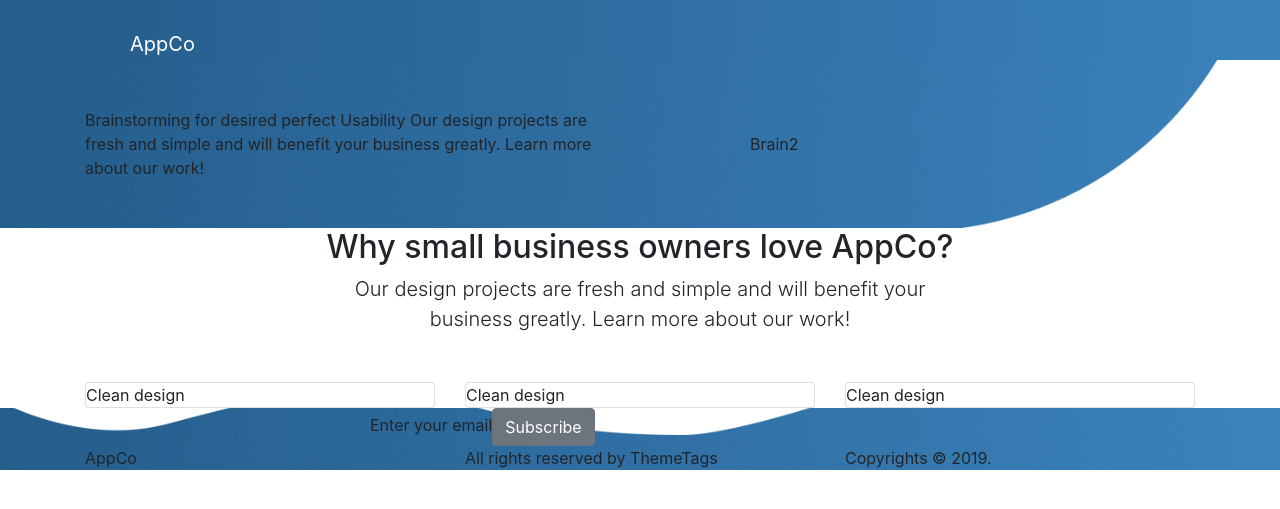
Repository: andbilous/user-statistics-app
Page: /
An editor plug-in stored every save of this project. The page is shown before and after a run of saves, followed by the edit.
The browser window is 1280 px wide. The pictures show the whole page.
The project was rebuilt for these pictures with package versions that can differ from the ones it lists, and the page was loaded fresh each time. Also part of the build but not shown: src/components/reasons/reasons.scss.

Above is the page before, as saved 2020-06-19 15:13:56.

### src/App.js
import React from 'react';
import Main from './pages/Main';
import './App.scss';

function App() {
  return (
    <div className="App">
      <Main/>
    </div>
  );
}

export default App;

### src/pages/Main.jsx
import React from "react";
import Header from "../components/Header";
import Brainstorming from "../components/brainstorming";
import Reasons from "../components/reasons";
import Footer from '../components/footer';

const Main = () => {
  return (
    <>
      <Header />
      <Brainstorming />
      <Reasons />
      <Footer />
    </>
  );
};

export default Main;

### src/App.scss
body {
  font-family: Montserrat;
  font-style: normal;
  font-weight: normal;
}
img {
  position: relative;
  display: block;
  width: 100%;
}

### src/components/Header/index.js
import React from 'react';
import './header.scss';
import { Container, Row, Col } from 'reactstrap';


const Header = () => {
    return (
      <header className='header bg-image'>
      <Container>
          <div className='navbar-brand'>
          AppCo
            </div>
      </Container>
      </header>
    )
};

export default Header;

### src/components/brainstorming/index.js
import React from 'react';
import { Container, Row, Col } from 'reactstrap';
import'./brainstorming.scss';


const Brainstorming = () => {
    return (
      <section className='brainstorming pt-100 bg-image'>
      <Container>
          <Row className="row align-items-center justify-content-between py-5">
            <Col className="col-md-7 col-lg-6">
              Brainstorming for desired perfect Usability
              Our design projects are fresh and simple and will benefit your business greatly. Learn more about our work!
              </Col>
            <Col className="col-md-5 col-lg-5">Brain2</Col>
          </Row>
      </Container>
      </section>
    )
};

export default Brainstorming;

### src/components/reasons/index.js
import React from 'react';
import './reasons.scss';
import { Container, Row, Col,Card } from 'reactstrap';


const Reasons = () => {
    return (
      <section className='reasons'>
      <Container>
          <Row className="justify-content-center">
          <Col className="col-lg-7 col-md-8">
            <div className='section-heading text-center mb-5'>
              <h2>Why small business owners love AppCo?</h2>
              <p className='lead'>
              Our design projects are fresh and simple and will benefit your business greatly. Learn more about our work!
              </p>
            </div>
          </Col>
          </Row>
          <Row className="justify-content-center">
            <Col className='col-lg-4 col-md'>
              <Card>
                Clean design
              </Card>
            </Col>
            <Col className='col-lg-4 col-md'>
            <Card>
                Clean design
              </Card>
            </Col>
            <Col className='col-lg-4 col-md'>
            <Card>
                Clean design
              </Card>
            </Col>
          </Row>

      </Container>
      </section>
    )
};

export default Reasons;

### src/components/footer/index.js
import React from 'react';
import { Container, Row, Col,Button } from 'reactstrap';
import'./footer.scss';


const Footer = () => {
    return (
      <footer className='footer'>
        <Container>
          <Row className='justify-content-center'>
            <Col md='6'>
              <div>
                Enter your email
                <Button>Subscribe</Button>
              </div>
            </Col>
          </Row>
          <Row className='justify-content-between'>
            <Col className='col-md' lg='4'>
            AppCo
            </Col>
            <Col className='col-md' lg='4'>
            All rights reserved by ThemeTags
              </Col>
              <Col className='col-md' lg='4'>
              Copyrights © 2019.
              </Col>
          </Row>
        </Container>
      </footer>
    )
};

export default Footer;

### src/components/Header/header.scss
.header{
  width: 100%;
  height: 60px;
  background: linear-gradient(92.09deg, #255D8B 2.29%, #3A80BA 96.79%);
}

.navbar-brand {
  color: #fff;
  font-size: 40px;
  line-height: 49px;
  position: absolute;
  width: 136px;
  height: 49px;
  left: 130px;
  top: 24px;
}

### src/components/brainstorming/brainstorming.scss
.brainstorming{
  background-image: url(../../img/bg.png);
  background-repeat: no-repeat;
  background-position: center center;
  background-size: cover;
}

.bg-image{
  position: relative;
  width: 100%;
  display: block;
}

### src/components/footer/footer.scss
.footer{
  background-image: url(../../img/footer-bg.png);
  background-repeat: no-repeat;
  background-position: center center;
  background-size: cover;
}

Loaded but not shown: public/index.html (common file); src/index.js (common file); src/serviceWorker.js (common file)

After the next 4 saves:
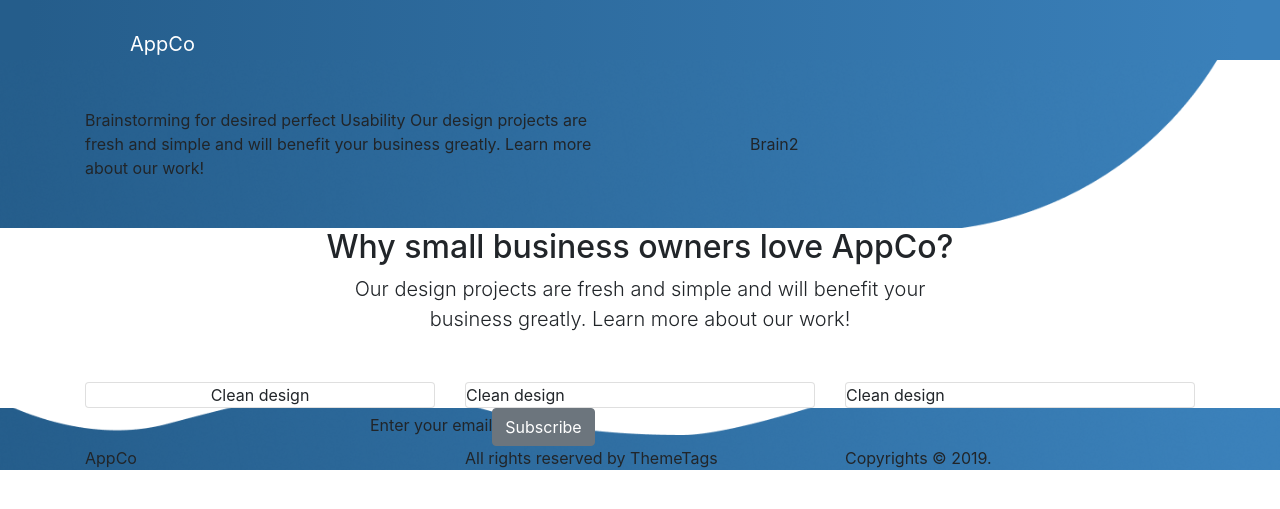
The 4 saves are shown as one change because they came seconds apart.
The last was saved 44 s later.
--- a/src/components/reasons/index.js
+++ b/src/components/reasons/index.js
@@ -19,7 +19,7 @@ const Reasons = () => {
           </Row>
           <Row className="justify-content-center">
             <Col className='col-lg-4 col-md'>
-              <Card>
+              <Card className='text-center'>
                 Clean design
               </Card>
             </Col>
